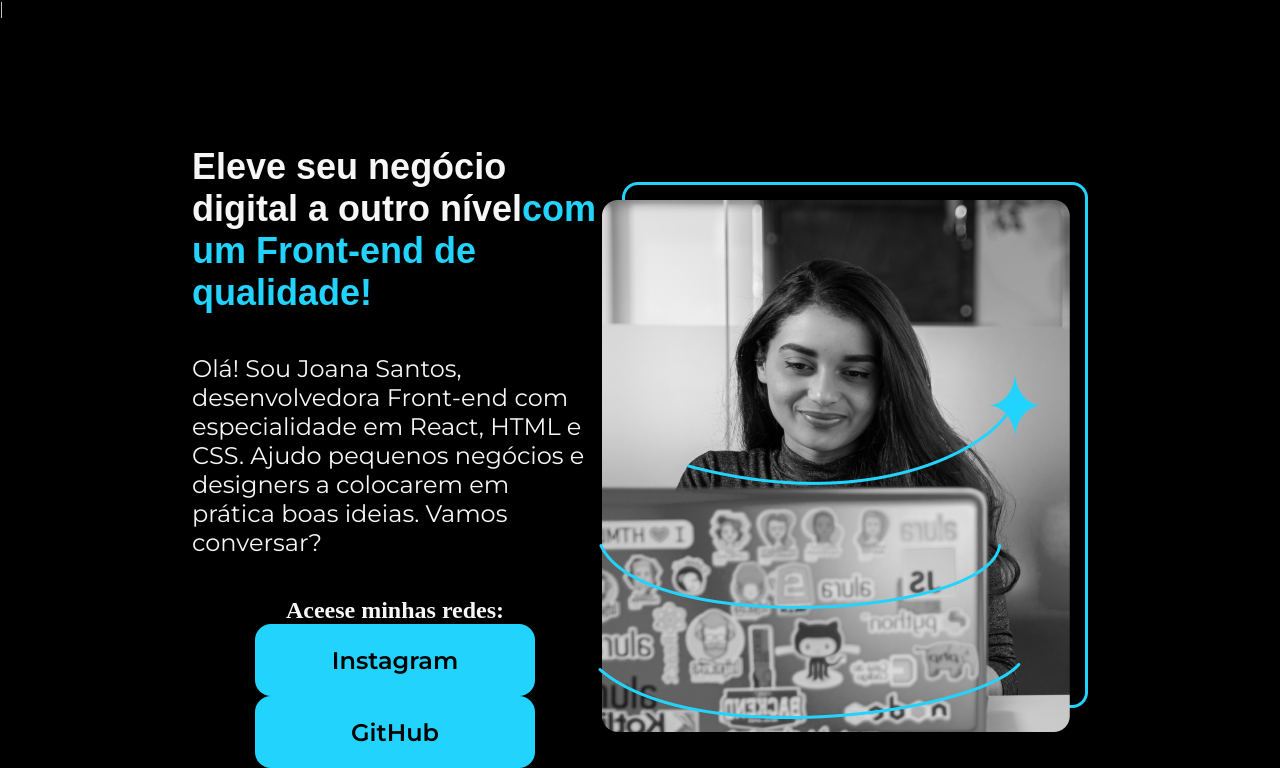
Repository: AnaFzCz/Portifolio-HTML-CSS-dinamico
Page: index.html
These files come from the project's save history. The page is drawn as it stood at one moment and after the next save; the edit follows.
The browser window is 1280 px wide. The pictures show the whole page.
Some web fonts or font styles are not loaded; a fallback is used.

Above is the page before, as saved 2025-02-08 06:43:20.

After the next save:
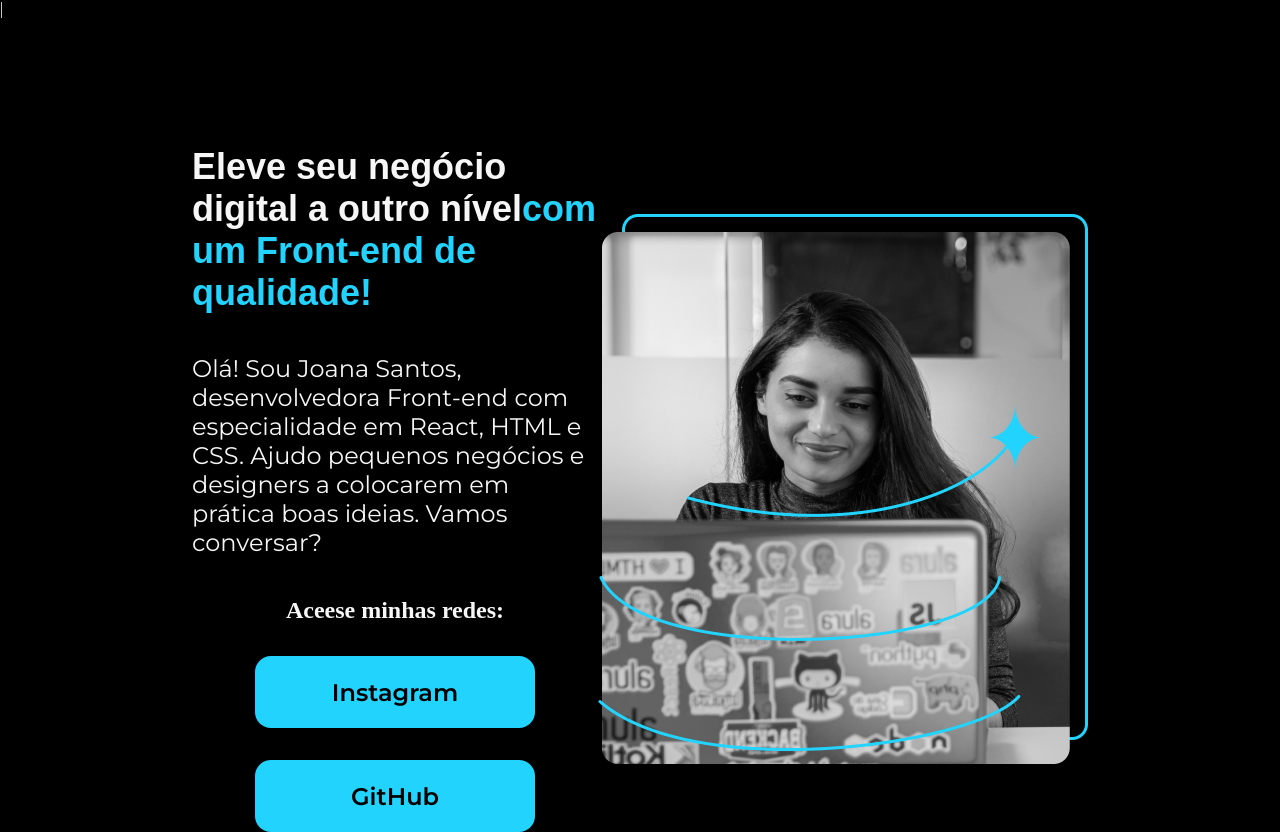
Saved 51 s later.
--- a/style.css
+++ b/style.css
@@ -43,8 +43,9 @@
 .apresentacao__links {
     display: flex;
     flex-direction: column;
+    justify-content: space-between;
     align-items: center;
-    justify-content: space-between;
+    gap: 32px;
 }
 
 .apresentacao__links__link {
